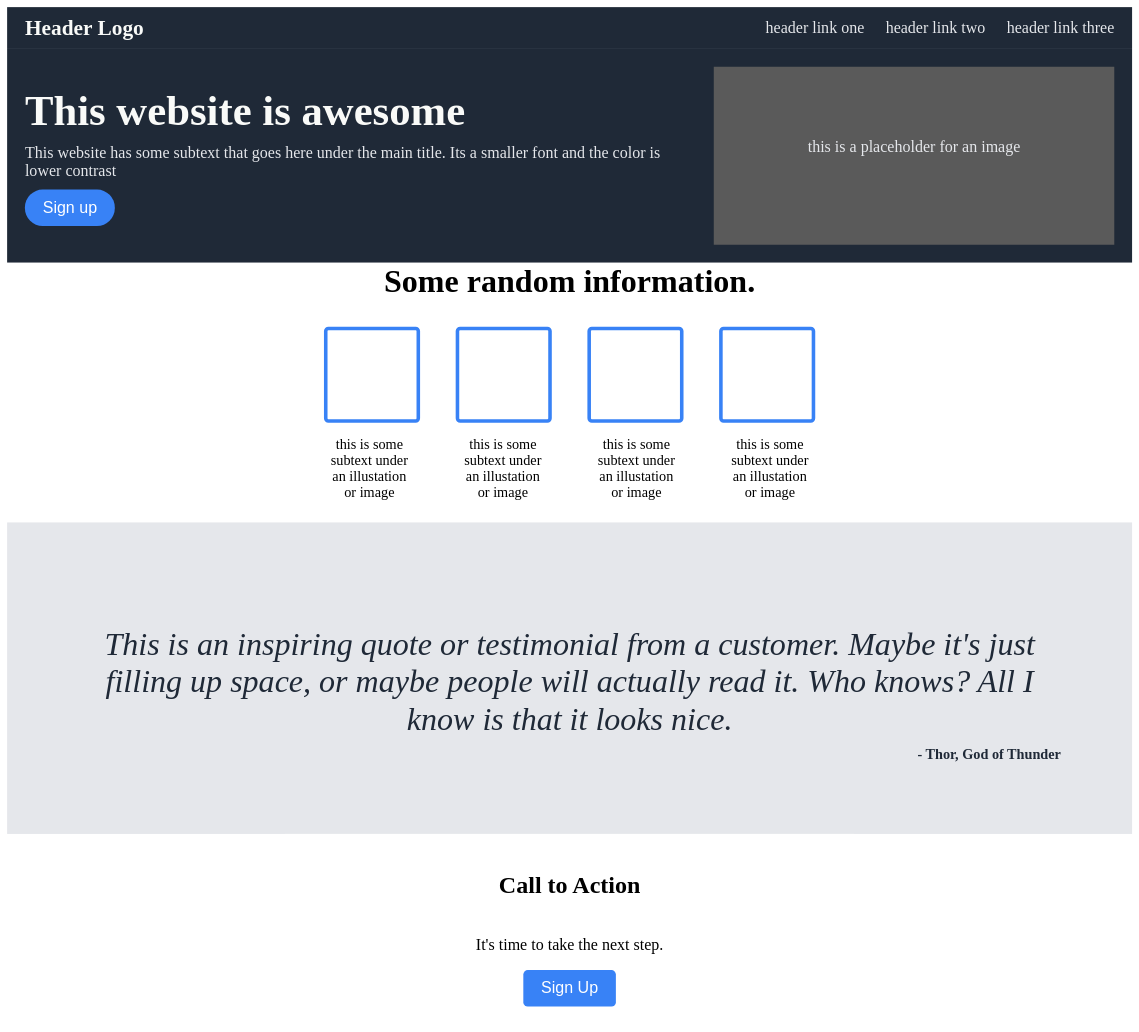
Repository: mnhardy1504/odin-recipes1
Page: flexboxlanding/index.html
These files come from the project's save history. The page is drawn as it stood at one moment and after the next save; the edit follows.
The browser window is 1280 px wide. The pictures show the whole page, at 89% of full size.

Above is the page before, as saved 2023-09-13 13:25:48.

After the next save:
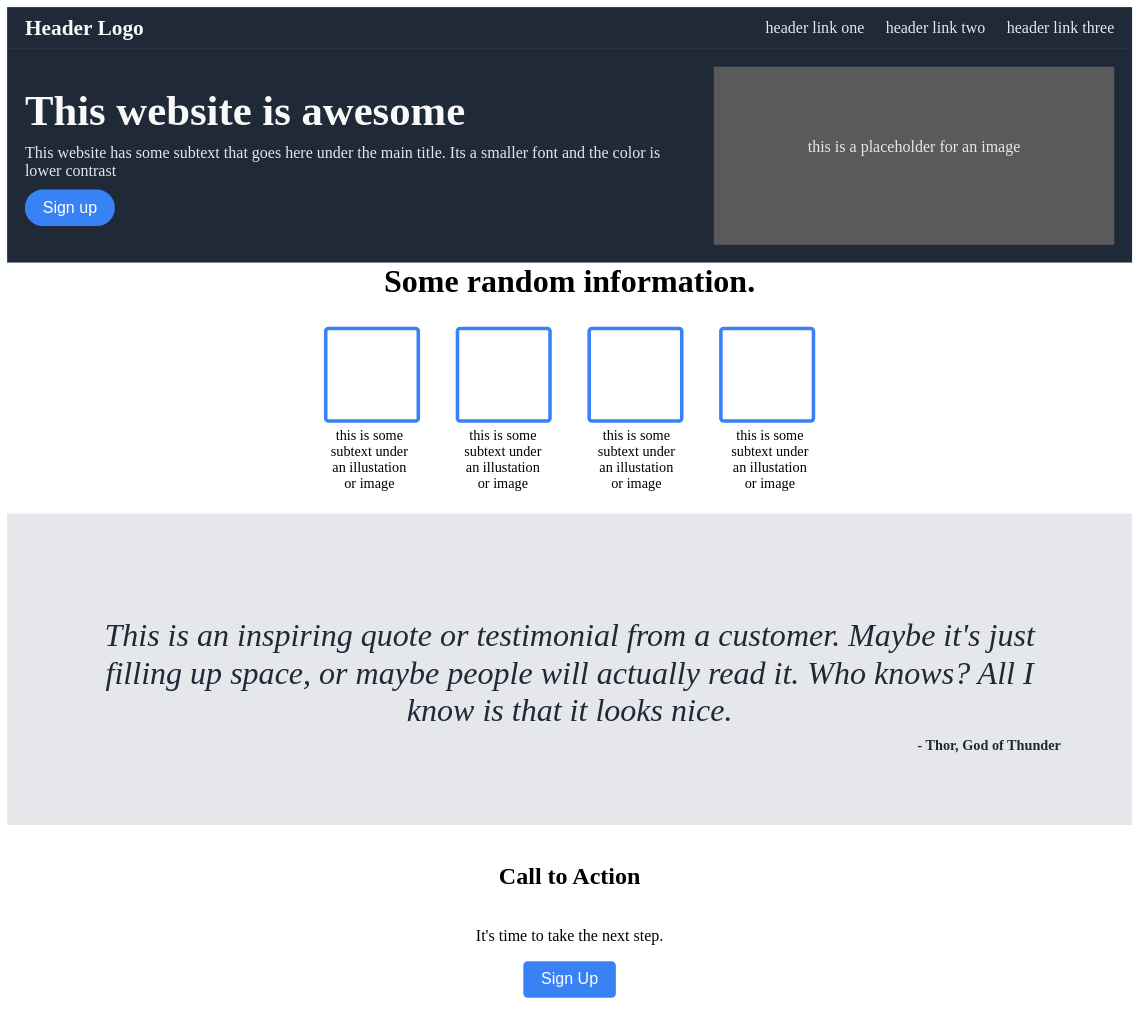
Saved 30 s later.
--- a/flexboxlanding/index.css
+++ b/flexboxlanding/index.css
@@ -96,7 +96,7 @@ h1 {
     justify-content: center;
     align-items: center;
     flex-wrap: wrap;
-    margin-top: -40px;
+    margin-top: -50px;
 }
 
 .text-box {
